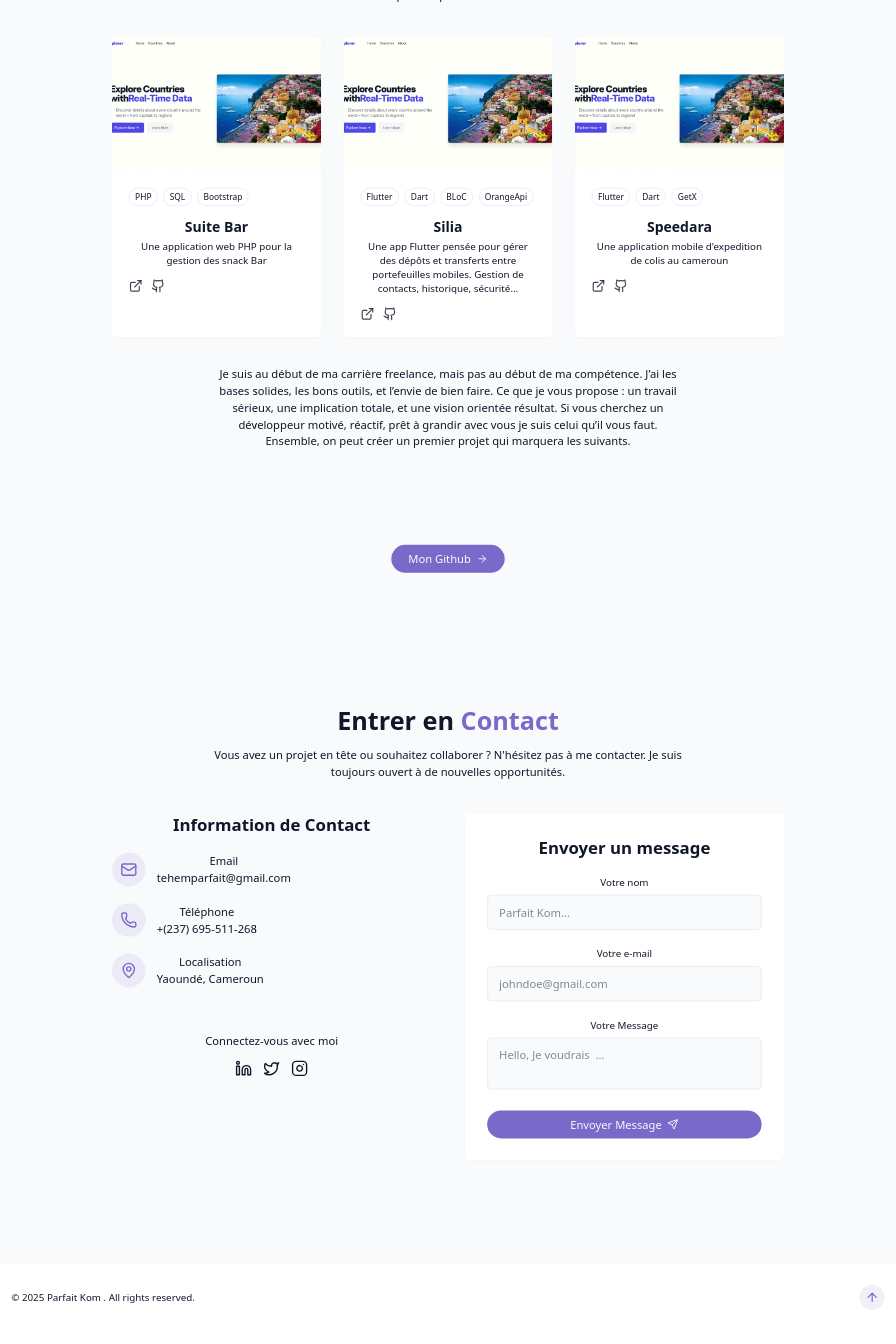
Repository: KOMI18/komi-folio
Page: /
An editor plug-in stored every save of this project. The page is shown before and after a run of saves, followed by the edit.
The browser window is 1280 px wide. The pictures show the part of the page from y = 3985 to 5905 px (the page is 5905 px tall), at 70% of full size.
The project was rebuilt for these pictures with package versions that can differ from the ones it lists, and the page was loaded fresh each time. Also part of the build but not shown: vite.config.js, src/pages/NotFound.jsx.

Above is the page before, as saved 2025-06-27 11:11:15.

After the next 5 saves:
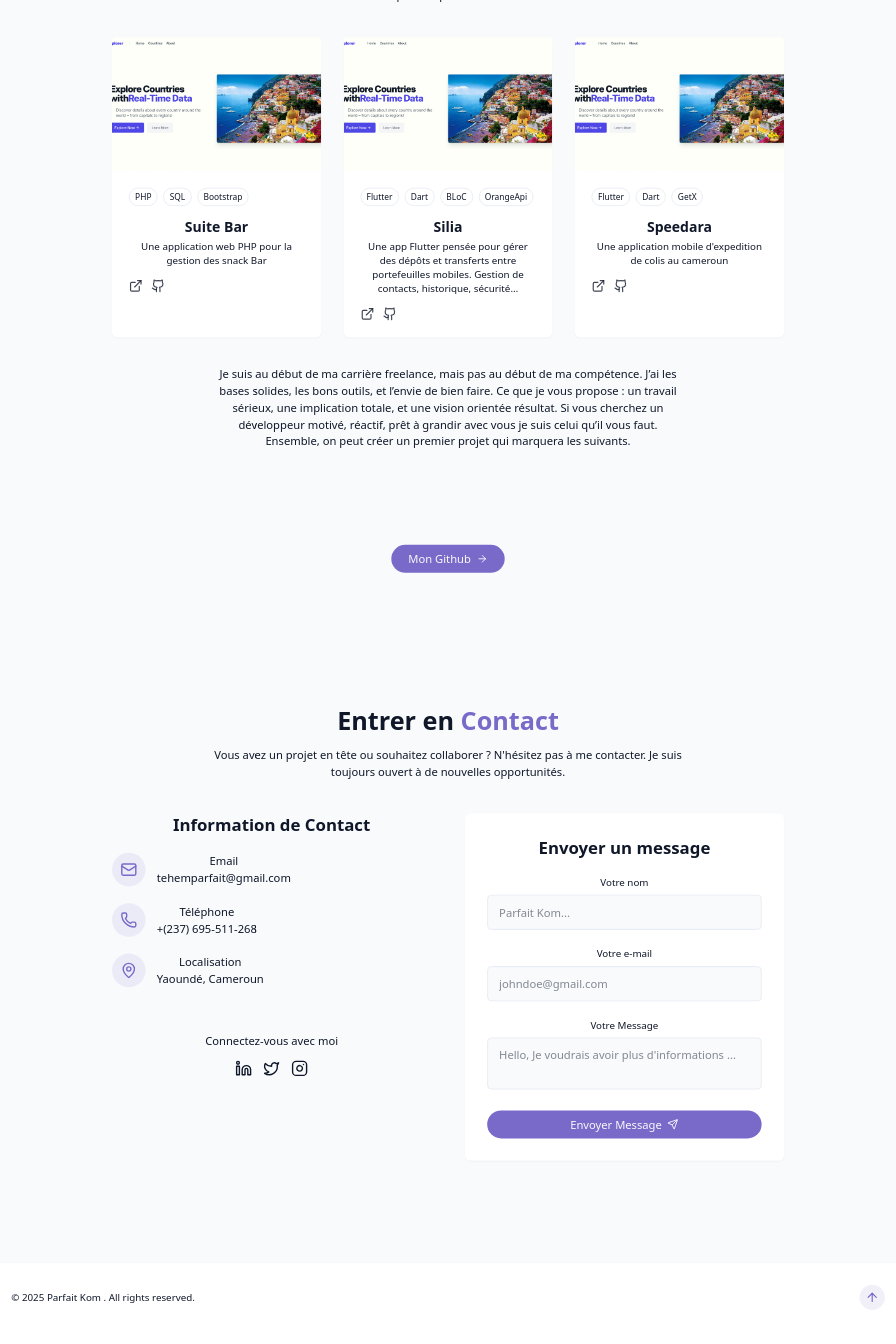
The 5 saves are shown as one change because they came seconds apart.
The last was saved 11 s later.
--- a/src/components/ContactSection.jsx
+++ b/src/components/ContactSection.jsx
@@ -163,7 +163,7 @@
                   name="message"
                   required
                   className="w-full px-4 py-3 rounded-md border border-input bg-background focus:outline-hidden foucs:ring-2 focus:ring-primary resize-none"
-                  placeholder="Hello, Je voudrais  ..."
+                  placeholder="Hello, Je voudrais avoir plus d'informations ..."
                 />
               </div>
 
